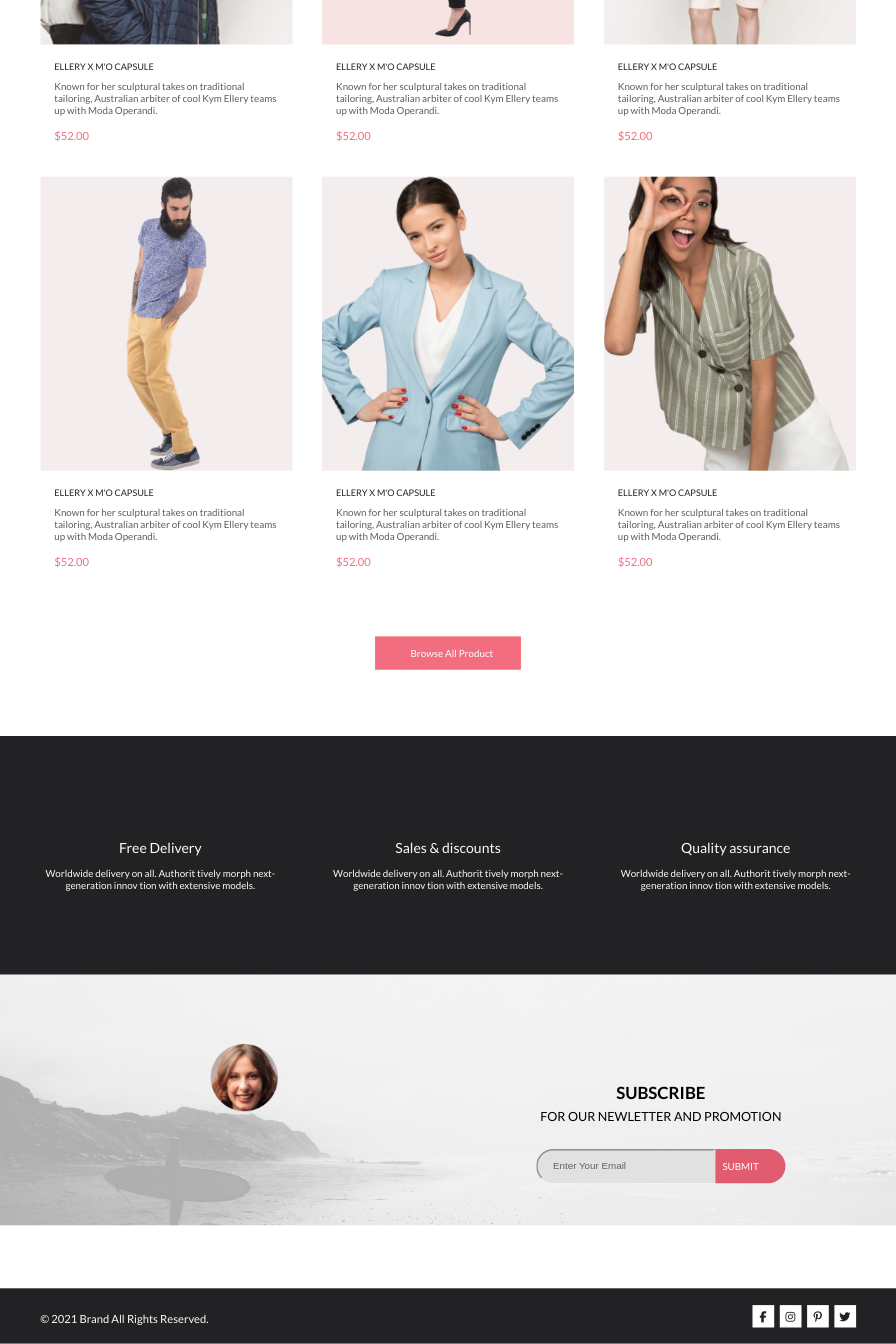
Repository: shtepaa/work-show-linkid
Page: les01/index.html
An editor plug-in stored every save of this project. The page is shown before and after the next save, followed by the edit.
The browser window is 1280 px wide. The pictures show the part of the page from y = 1908 to 3828 px (the page is 3828 px tall), at 70% of full size.
Some web libraries are served in a nearby version. The style sheet was rebuilt from its Sass, Less or Tailwind sources for each picture, by a compiler version that may differ from the author's.

Above is the page before, as saved 2022-02-26 11:01:47.

### les01/index.html
<!DOCTYPE html>
<html lang="en">
  <head>
    <meta charset="UTF-8" />
    <meta http-equiv="X-UA-Compatible" content="IE=edge" />
    <meta name="viewport" content="width=device-width, initial-scale=1.0" />
    <script
      src="https://kit.fontawesome.com/39fc11746d.js"
      crossorigin="anonymous"
    ></script>
    <title>Brand</title>
    <link rel="shortcut icon" href="img/favicon.ico" type="image/x-icon" />

    <link rel="stylesheet" href="../index.css" />
    <link rel="preconnect" href="https://fonts.googleapis.com" />
    <link rel="preconnect" href="https://fonts.gstatic.com" crossorigin />
    <link
      href="https://fonts.googleapis.com/css2?family=Lato:wght@700;400;900&display=swap"
      rel="stylesheet"
    />
  </head>
  <body>
    <header>
      <div class="container">
        <nav>
          <div class="flex-left">
            <img src="img/logo.svg" alt="logo" />
            <form class="searchBox">
              <input
                class="searchInput"
                type="text"
                name="search"
                placeholder="Search"
              />
              <button class="searchButton">
                <i class="fa fa-search" aria-hidden="true"></i>
              </button>
            </form>
          </div>
          <div class="flex-right">
            <div class="mega-box">
              <div class="contact-img">
                <a href="#"> <i class="fa fa-bars" aria-hidden="true"></i></a>
              </div>
              <div class="mega-item">
                <div class="menu-box">
                  <h3 class="menu-box--style">
                    Menu <i class="fa fa-times" aria-hidden="true"></i>
                  </h3>
                </div>
                <details>
                  <summary>Man</summary>
                  <a class="mega-link" href="#">Accessories</a>
                  <a class="mega-link" href="#">Bags</a>
                  <a class="mega-link" href="#">Denim</a>
                  <a class="mega-link" href="#">T-Shirts</a>
                </details>
                <details>
                  <summary>WOMAN</summary>
                  <a class="mega-link" href="#">Accessories</a>
                  <a class="mega-link" href="#">Jackets & Coats</a>
                  <a class="mega-link" href="#">Polos</a>
                  <a class="mega-link" href="#">T-Shirts</a>
                </details>
                <details>
                  <summary>KIDS</summary>
                  <a class="mega-link" href="#">Accessories</a>
                  <a class="mega-link" href="#">Bags</a>
                  <a class="mega-link" href="#">Denim</a>
                  <a class="mega-link" href="#">T-Shirts</a>
                </details>
              </div>
            </div>
            <div class="contact-img">
              <a href="#"> <i class="fa fa-regular fa-user"></i> </a>
            </div>
            <div class="contact-img">
              <a href="#"> <i class="fa fal fa-shopping-cart"></i> </a>
            </div>
          </div>
        </nav>
      </div>
    </header>
    <!-- Второй блок -->
    <div class="header-section">

      <div class="header-cover">
        <div class="header-image">
          <img class="header-man" src="img/man-new.png" alt="man" />
        </div>
        <div class="header-title">
          <div class="pink-line">
            <div class="header-column">
              <h1 class="header-brand">The brand</h1>
              <h2 class="text-brand">
                of luxerious <span class="pink-word"> fashion</span>
              </h2>
            </div>
          </div>
        </div>
      </div>

    </div>

    <!-- Третий блок -->
    <div class="container">
      <section class="catalog-box">
        <div class="catalog-block">
          <div class="catalog-project">
            <a class="link-cataloge" href="catalog.html">
              <img
                class="catalog-image"
                src="img/catalog01.png"
                alt="catalog01"
              />
            </a>
            <div class="card-box">
              <a class="card-link" href="#">
                <div class="box-centre">
                  <h2 class="catalog__text">30% off</h2>
                  <span class="pink-word catalog-words"> for women</span>
                </div>
              </a>
            </div>
          </div>
          <div class="catalog-project">
            <a class="link-cataloge" href="catalog.html">
              <img
                class="catalog-image"
                src="img/catalog02.png"
                alt="catalog01"
            /></a>
            <div class="card-box">
              <a class="card-link" href="#">
                <div class="box-centre">
                  <h2 class="catalog__text">hot deal</h2>
                  <span class="pink-word catalog-words"> for man</span>
                </div>
              </a>
            </div>
          </div>
          <div class="catalog-project">
            <a class="link-cataloge" href="catalog.html">
              <img
                class="catalog-image"
                src="img/catalog03.png"
                alt="catalog01"
              />
            </a>
            <div class="card-box">
              <a class="card-link" href="#">
                <div class="box-centre">
                  <h2 class="catalog__text">new arrivals</h2>
                  <span class="pink-word catalog-words"> for kids</span>
                </div>
              </a>
            </div>
          </div>
        </div>
        <div class="catalog-project catalog-parent">
          <a class="link-cataloge" href="catalog.html">
            <img
              class="catalog-image"
              src="img/catalog04.png"
              alt="catalog01"
            />
          </a>
          <div class="card-box box-parent">
            <a class="card-link" href="#">
              <div class="box-centre">
                <h2 class="catalog__text">luxirous & trendy</h2>
                <span class="pink-word catalog-words"> accesories</span>
              </div>
            </a>
          </div>
        </div>
      </section>
    </div>
    <!-- Четвертый блок -->
    <section class="item-sec">
      <div class="container">
        <div class="item-texts">
          <h3 class="block-text--heading">Fetured Items</h3>
          <p class="block-text--section-text">
            Shop for items based on what we featured in this week
          </p>
        </div>
        <div class="item-box">
          <div class="item">
            <a class="item-link" href="product.html">
              <img class="item-pic" src="img/feat01.png" alt="product" />
              <div class="text-box">
                <p class="text-desc">ELLERY X M'O CAPSULE</p>
                <p class="text-midle">
                  Known for her sculptural takes on traditional tailoring,
                  Australian arbiter of cool Kym Ellery teams up with Moda
                  Operandi.
                </p>
                <p class="text-price">$52.00</p>
              </div>
            </a>
            <div class="cart-box">
              <a class="card-links" href="#">
                <img src="img/02shop.svg" alt="cart" />
                <p class="add-text">Add to Cart</p>
              </a>
            </div>
          </div>
          <div class="item">
            <a class="item-link" href="product.html">
              <img class="item-pic" src="img/feat02.png" alt="product" />
              <div class="text-box">
                <p class="text-desc">ELLERY X M'O CAPSULE</p>
                <p class="text-midle">
                  Known for her sculptural takes on traditional tailoring,
                  Australian arbiter of cool Kym Ellery teams up with Moda
                  Operandi.
                </p>
                <p class="text-price">$52.00</p>
              </div>
            </a>
            <div class="cart-box">
              <a class="card-links" href="#">
                <img src="img/02shop.svg" alt="cart" />
                <p class="add-text">Add to Cart</p>
              </a>
            </div>
          </div>
          <div class="item">
            <a class="item-link" href="product.html">
              <img class="item-pic" src="img/feat03.png" alt="product" />
              <div class="text-box">
                <p class="text-desc">ELLERY X M'O CAPSULE</p>
                <p class="text-midle">
                  Known for her sculptural takes on traditional tailoring,
                  Australian arbiter of cool Kym Ellery teams up with Moda
                  Operandi.
                </p>
                <p class="text-price">$52.00</p>
              </div>
            </a>
            <div class="cart-box">
              <a class="card-links" href="#">
                <img src="img/02shop.svg" alt="cart" />
                <p class="add-text">Add to Cart</p>
              </a>
            </div>
          </div>
          <div class="item">
            <a class="item-link" href="product.html">
              <img class="item-pic" src="img/feat04.png" alt="product" />
              <div class="text-box">
                <p class="text-desc">ELLERY X M'O CAPSULE</p>
                <p class="text-midle">
                  Known for her sculptural takes on traditional tailoring,
                  Australian arbiter of cool Kym Ellery teams up with Moda
                  Operandi.
                </p>
                <p class="text-price">$52.00</p>
              </div>
            </a>
            <div class="cart-box">
              <a class="card-links" href="#">
                <img src="img/02shop.svg" alt="cart" />
                <p class="add-text">Add to Cart</p>
              </a>
            </div>
          </div>
          <div class="item">
            <a class="item-link" href="product.html">
              <img class="item-pic" src="img/feat05.png" alt="product" />
              <div class="text-box">
                <p class="text-desc">ELLERY X M'O CAPSULE</p>
                <p class="text-midle">
                  Known for her sculptural takes on traditional tailoring,
                  Australian arbiter of cool Kym Ellery teams up with Moda
                  Operandi.
                </p>
                <p class="text-price">$52.00</p>
              </div>
            </a>
            <div class="cart-box">
              <a class="card-links" href="#">
                <img src="img/02shop.svg" alt="cart" />
                <p class="add-text">Add to Cart</p>
              </a>
            </div>
          </div>
          <div class="item">
            <a class="item-link" href="product.html">
              <img class="item-pic" src="img/feat06.png" alt="product" />
              <div class="text-box">
                <p class="text-desc">ELLERY X M'O CAPSULE</p>
                <p class="text-midle">
                  Known for her sculptural takes on traditional tailoring,
                  Australian arbiter of cool Kym Ellery teams up with Moda
                  Operandi.
                </p>
                <p class="text-price">$52.00</p>
              </div>
            </a>
            <div class="cart-box">
              <a class="card-links" href="#">
                <img src="img/02shop.svg" alt="cart" />
                <p class="add-text">Add to Cart</p>
              </a>
            </div>
          </div>
        </div>
      </div>

      <div class="but-box">
        <a class="but-links" href="#">
          <p class="button-text">Browse All Product</p>
        </a>
      </div>
    </section>

    <div class="section-icons">
      <div class="container wrapper-icons">
        <div class="first-icons">
          <img class="car-icons" src="img/car.svg" alt="car"/>
          <h3 class="car-icons--text">Free Delivery</h3>
          <p class="car-icons--context">
            Worldwide delivery on all. Authorit tively morph next-generation
            innov tion with extensive models.
          </p>
        </div>
        <div class="first-icons">
          <img class="car-icons" src="img/discount.svg" alt="discount"/>
          <h3 class="car-icons--text">Sales & discounts</h3>
          <p class="car-icons--context">
            Worldwide delivery on all. Authorit tively morph next-generation
            innov tion with extensive models.
          </p>
        </div>
        <div class="first-icons">
          <img class="car-icons" src="img/corona.svg" alt="corona"/>
          <h3 class="car-icons--text">Quality assurance</h3>
          <p class="car-icons--context">
            Worldwide delivery on all. Authorit tively morph next-generation
            innov tion with extensive models.
          </p>
        </div>
      </div>
    </div>

    <div class="quotes-section">
      <div class="container">
        <div class="wrap-quotes">
          <div class="figure-box">
            <!-- <figure>
              <img class="figure-image" src="img/author.png" alt="author"/>

              <figcaption>
                “Vestibulum quis porttitor dui! Quisque viverra nunc mi, a
                pulvinar purus condimentum“
              </figcaption>
            </figure> -->
            <div class="picture">
              <img src="img/author.png" alt="lady">
            </div>
          </div>
          <div class="figure-box enter-mail">
            <h1 class="subscribe">SUBSCRIBE</h1>
            <h2 class="promotion">FOR OUR NEWLETTER AND PROMOTION</h2>
            <div class="subscribe-wrapper">
              <input
                type="email"
                name="email"
                class="subscribe-input"
                placeholder="Enter Your Email"
              />
              <div class="submit-btn">SUBMIT</div>
            </div>
          </div>
        </div>
      </div>
    </div>

    <!-- Footer -->
    <footer>
      <div class="container">
        <div class="footer-contant">
          <div class="copy-righ">
            <span class="copy-text">© 2021 Brand All Rights Reserved.</span>
          </div>
          <div class="networks">
            <div class="insta networks-fig">
              <a
                class="link-netw"
                href="https://facebook.com/username"
                target="_blank"
              >
                <i class="fa fa-brands fa-facebook-f"></i>
              </a>
            </div>
            <div class="insta insta-fig">
              <a
                class="link-netw"
                href="https://facebook.com/username"
                target="_blank"
              >
                <i class="fa fa-brands fa-instagram"></i>
              </a>
            </div>
            <div class="insta pint-fig">
              <a
                class="link-netw"
                href="https://facebook.com/username"
                target="_blank"
              >
                <i class="fa fa-brands fa-pinterest-p"></i>
              </a>
            </div>
            <div class="insta twit-fig">
              <a
                class="link-netw"
                href="https://facebook.com/username"
                target="_blank"
              >
                <i class="fa fa-brands fa-twitter"></i>
              </a>
            </div>
          </div>
        </div>
      </div>
    </footer>
  </body>
</html>

### les01/styles/_variables.scss
$c-black:#222;
$c-pink:#f16d7f;
$c-grey:#6f6e6e;
$c-dr-blue:#2f3640;
$c-white:white;
$c-ligth-grey:#9f9f9f;
$c-norm-grey:#5d5d5d;
$c-rosa:#ff6a6a;
$c-light:#fbfbfb;
$c-dark:#222224;
$c-lit-white:#e1e1e1;
$bck-col-black: #222;
$bck-col-dr-white: #f1e4e6;
$bck-col-white: #fff;
$bck-col-dark:#222224;
$bck-col-pink:#e05c6e;
$col-hex:#F8F3F4;
$c-bread:#636363;
$c-border:#EF5B70;
$c-pagin:#EBEBEB;
$slide-c:#F7F7F7;
$slide-back:rgba(42, 42, 42, 0.15);
$bord-colect:#EAEAEA;
$c-gravy:#4D4D4D;
$c-stone:#5E5E5E;

Loaded but not shown: les01/img/car.svg (3 lines, source omitted); les01/styles/index.scss (1021 lines, source omitted)

After the next save:
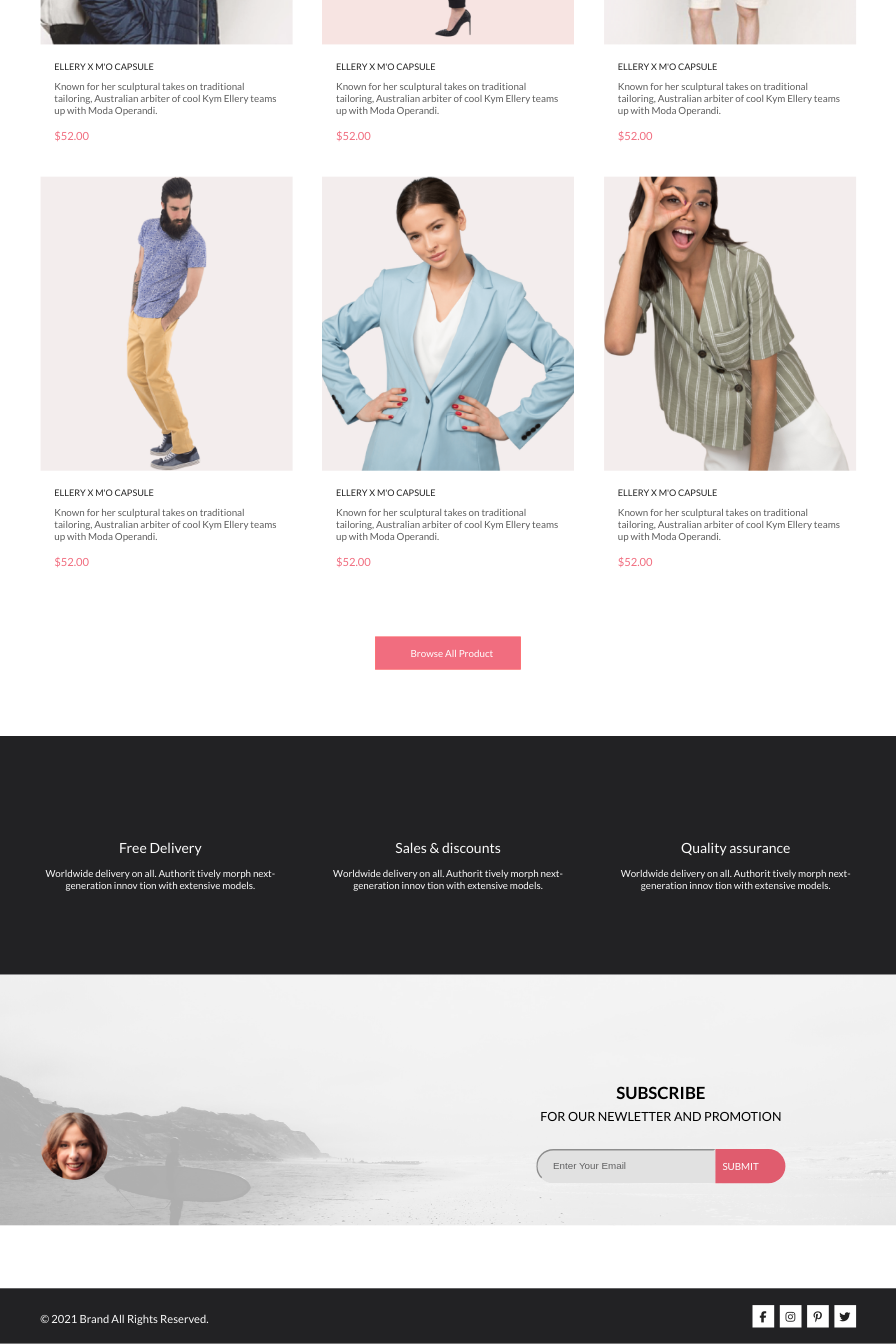
Saved 56 s later.
--- a/les01/index.html
+++ b/les01/index.html
@@ -357,7 +357,7 @@
                 pulvinar purus condimentum“
               </figcaption>
             </figure> -->
-            <div class="picture">
+            <div class="figure-image ">
               <img src="img/author.png" alt="lady">
             </div>
           </div>
